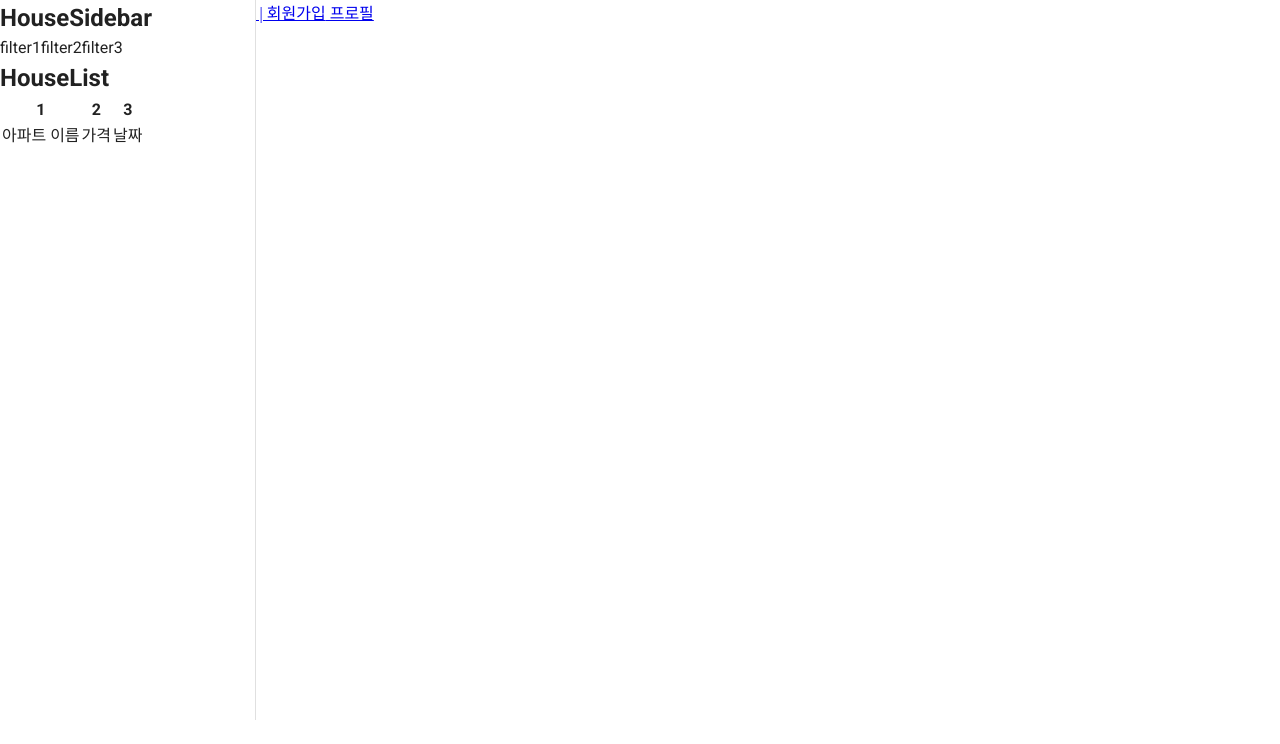
Repository: misso88/vue-whereIsMyHome
Page: /map
The author's editor kept a copy of each file at every save. The page is drawn from the files as they stood at one save, then again after the next save.
The browser window is 1280 px wide. The pictures show the whole page.
The project was rebuilt for these pictures with package versions that can differ from the ones it lists, and the page was loaded fresh each time. Also part of the build but not shown: vue.config.js, src/views/AppMain.vue, src/views/AppNews.vue.

Above is the page before, as saved 2022-11-16 10:14:09.

After the next save:
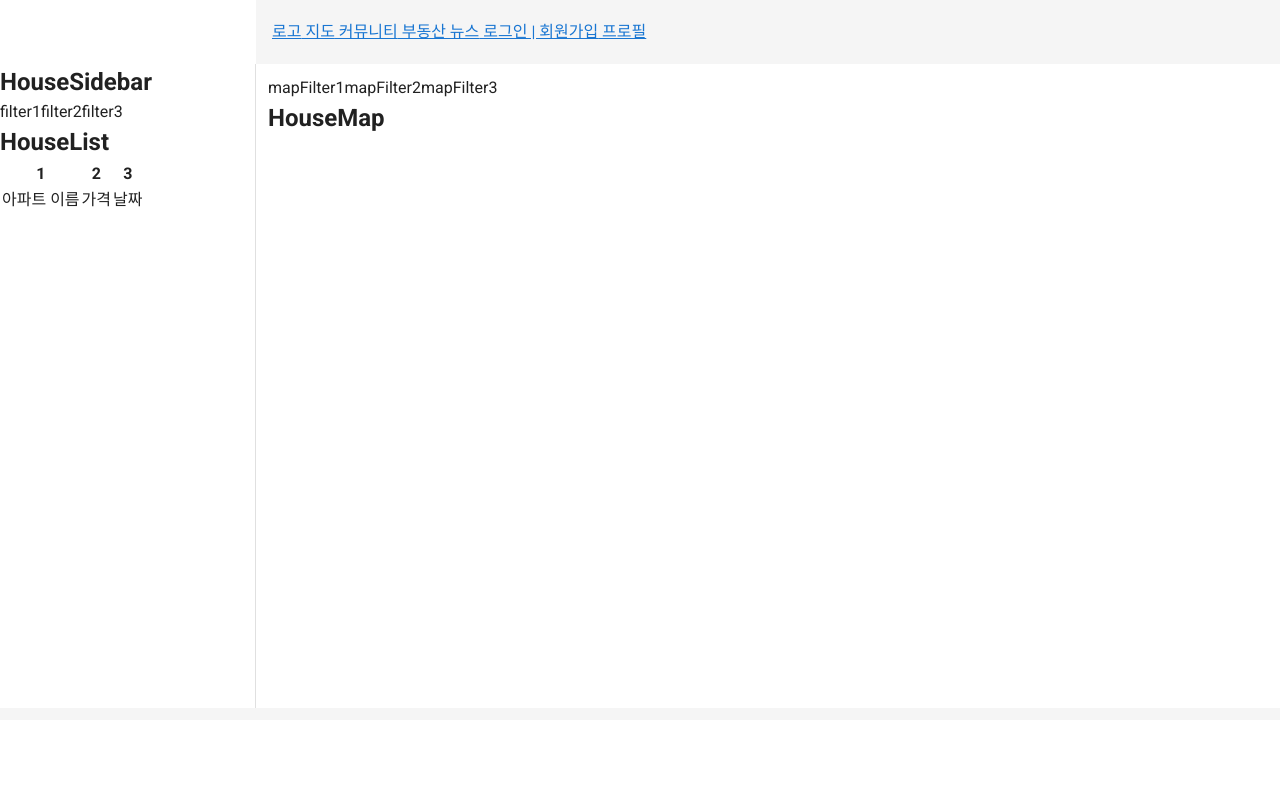
Saved 42 s later.
--- a/src/App.vue
+++ b/src/App.vue
@@ -1,41 +1,22 @@
 <template>
-  <div id="app">
-    <the-header></the-header>
-
-    <router-view></router-view>
-  </div>
+  <v-app>
+    <v-app-bar app elevation="0" permanent>
+      <the-header></the-header>
+    </v-app-bar>
+    <v-main>
+      <router-view></router-view>
+    </v-main>
+    <v-footer app></v-footer>
+  </v-app>
 </template>
 
 <script>
 import TheHeader from "@/components/layout/TheHeader";
 
-export default ({
+export default {
   name: "App",
   components: {
-    TheHeader
+    TheHeader,
   },
-})
+};
 </script>
-
-<style>
-/* #app {
-  font-family: Avenir, Helvetica, Arial, sans-serif;
-  -webkit-font-smoothing: antialiased;
-  -moz-osx-font-smoothing: grayscale;
-  text-align: center;
-  color: #2c3e50;
-}
-
-nav {
-  padding: 30px;
-}
-
-nav a {
-  font-weight: bold;
-  color: #2c3e50;
-}
-
-nav a.router-link-exact-active {
-  color: #42b983;
-} */
-</style>
